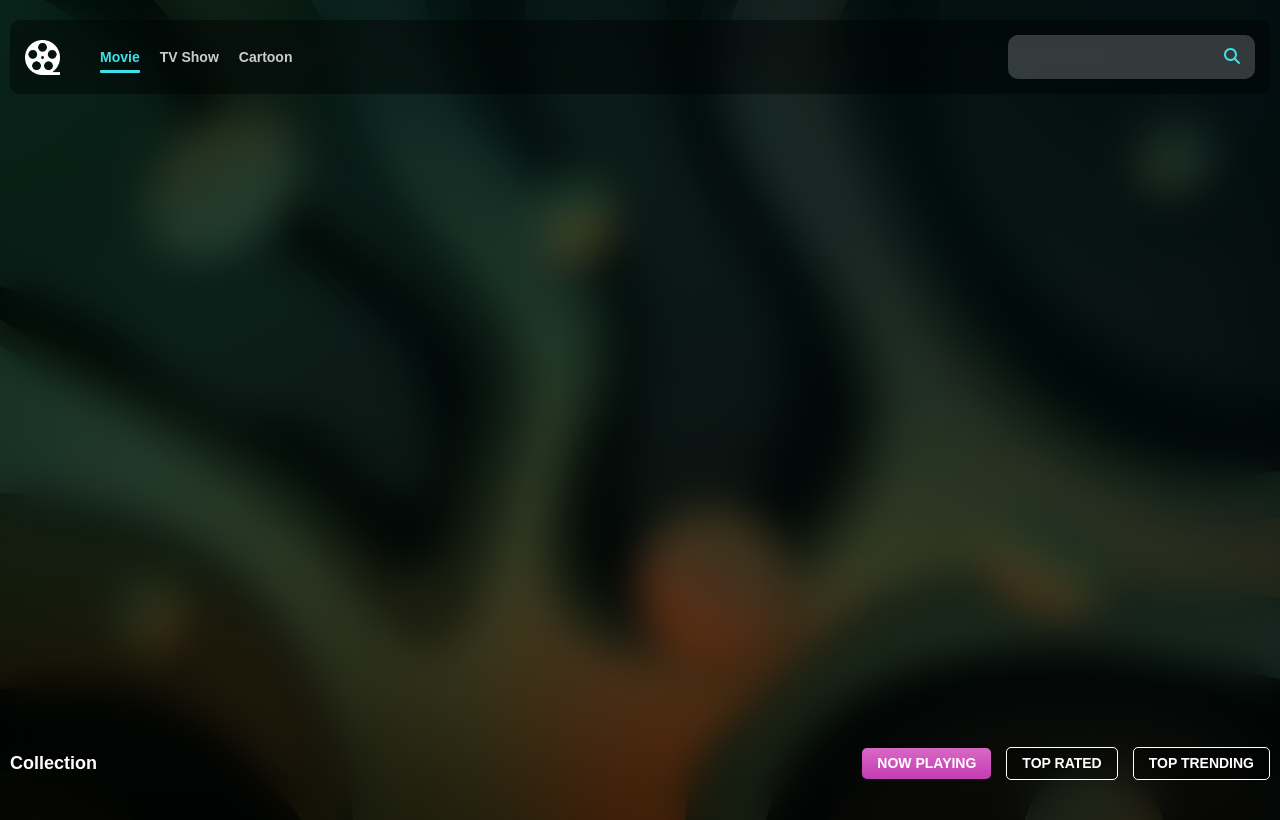
Repository: duythamfe/react_movie_2
Page: /
An editor plug-in stored every save of this project. The page is shown before and after the next save, followed by the edit.
The browser window is 1280 px wide. The pictures show the whole page.
The page's requests for data from a server got no answer. The project was rebuilt for these pictures with package versions that can differ from the ones it lists, and the page was loaded fresh each time. No one was signed in, and anything a server would have sent is missing. Also part of the build but not shown: src/component/Movie/MovieCard.js, src/component/Movie/BackdropContent.js.

Above is the page before, as saved 2023-07-03 10:28:54.

After the next save:
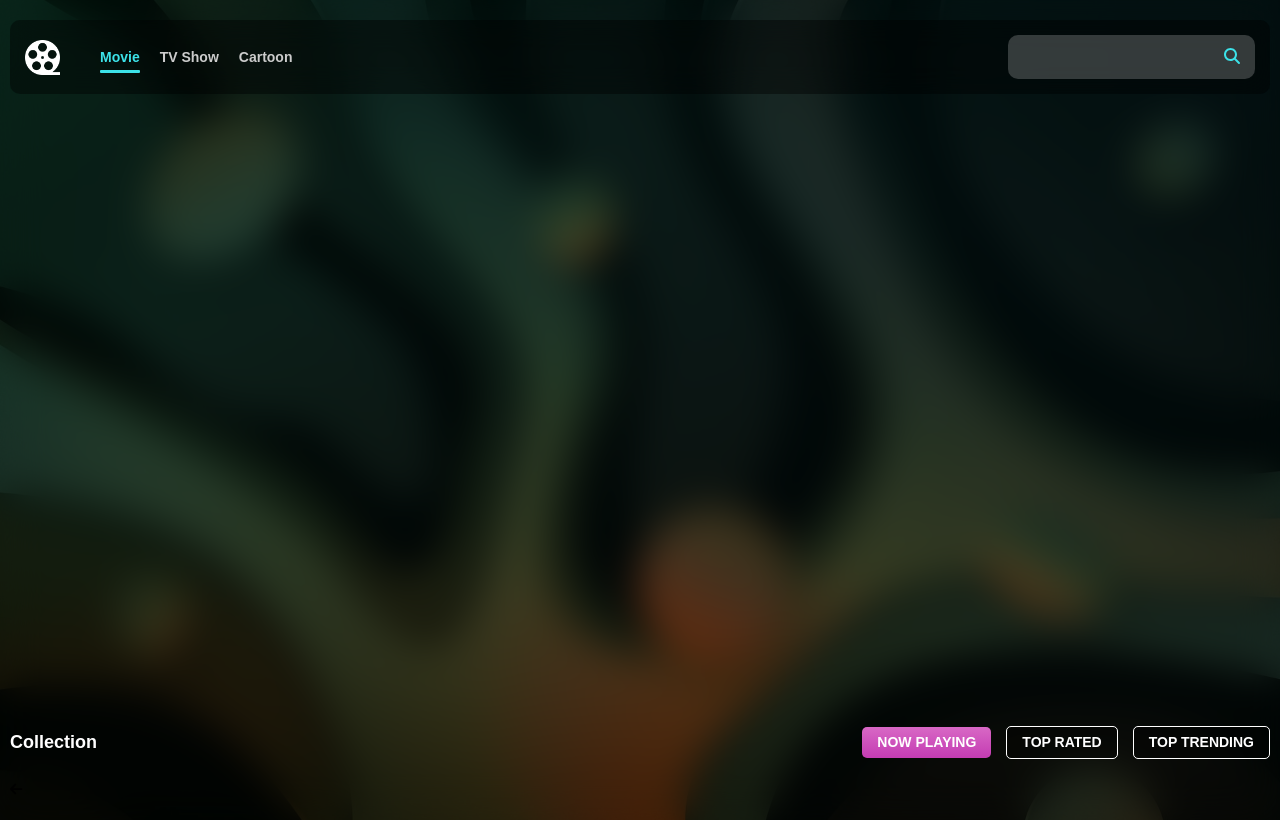
Saved 7 min 57 s later.
--- a/src/component/Movie/MovieList.js
+++ b/src/component/Movie/MovieList.js
@@ -1,4 +1,6 @@
 import { Swiper, SwiperSlide } from 'swiper/react';
+import { FontAwesomeIcon } from '@fortawesome/react-fontawesome';
+import { faArrowRight, faArrowLeft } from '@fortawesome/free-solid-svg-icons';
 import { Autoplay, Pagination, Navigation } from "swiper";
 import { useMovie } from '../../context/movieContext';
 
@@ -40,6 +42,9 @@ const MovieList = () => {
                         </SwiperSlide>
                     )) : null}
                 </Swiper>
+                <div className='slide-nav'>
+                    <span className='slide-nav-btn'><FontAwesomeIcon icon={faArrowLeft} /></span>
+                </div>
             </div>
         </div>
     );
